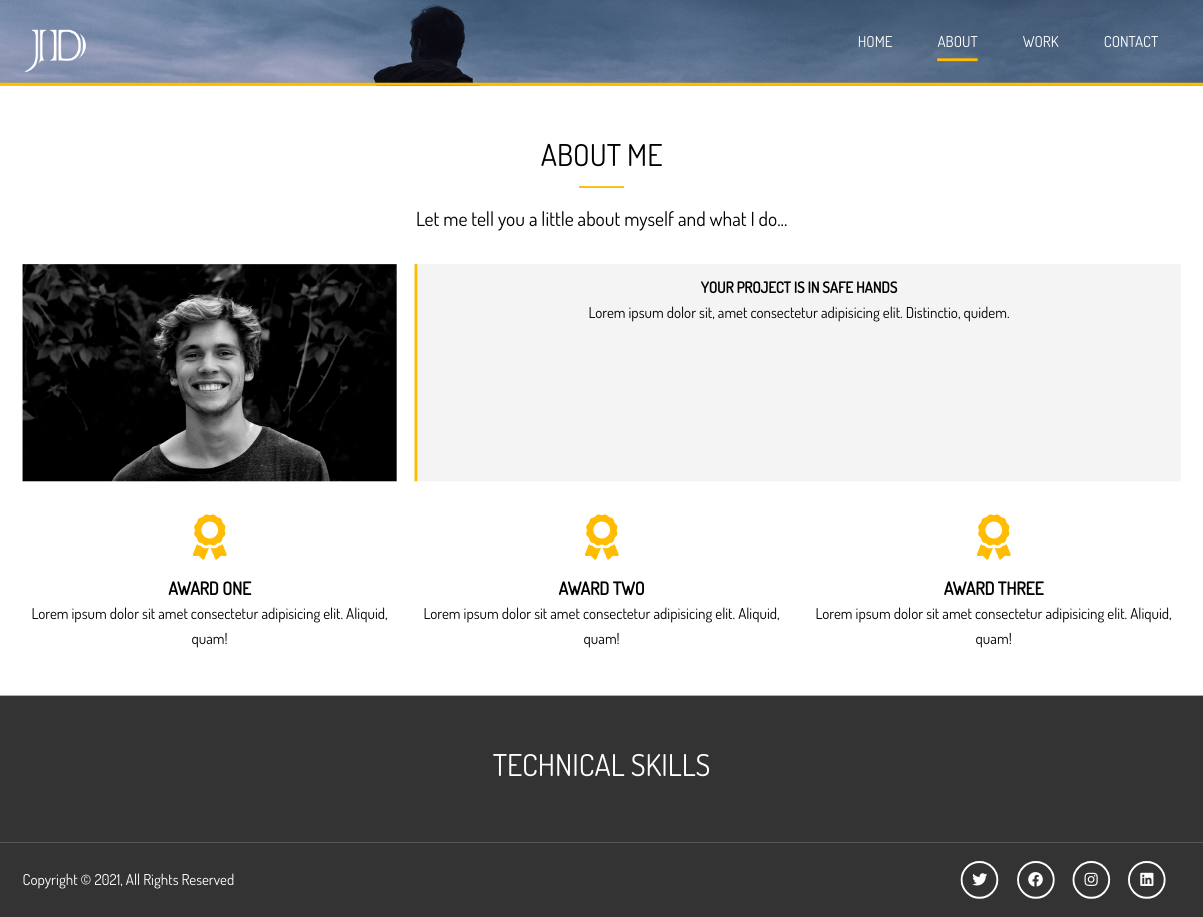
Repository: minhtien9/Portfolio_Website
Page: diet/about.html
The author's editor kept a copy of each file at every save. The page is drawn from the files as they stood at one save, then again after the next save.
The browser window is 1280 px wide. The pictures show the whole page, at 94% of full size.

Above is the page before, as saved 2021-08-29 11:52:09.

### diet/about.html
<!DOCTYPE html>
<html lang="en">
  <head>
    <meta charset="UTF-8" />
    <meta http-equiv="X-UA-Compatible" content="IE=edge" />
    <meta name="viewport" content="width=device-width, initial-scale=1.0" />
    <link
      rel="stylesheet"
      href="https://cdnjs.cloudflare.com/ajax/libs/font-awesome/5.15.4/css/all.min.css"
      integrity="sha512-1ycn6IcaQQ40/MKBW2W4Rhis/DbILU74C1vSrLJxCq57o941Ym01SwNsOMqvEBFlcgUa6xLiPY/NS5R+E6ztJQ=="
      crossorigin="anonymous"
      referrerpolicy="no-referrer"
    />
    <link
      href="https://fonts.googleapis.com/css2?family=Dosis&display=swap"
      rel="stylesheet"
    />
    <link rel="stylesheet" href="css/style.css" />
    <title>About Me || UI/UX Designer & Photographer</title>
  </head>
  <body>
    <!-- Header -->
    <header id="header-inner">
      <div class="container">
        <nav id="main-nav">
          <img src="img/logo.png" alt="My Portfolio" id="logo" />
          <ul>
            <li><a href="index.html">Home</a></li>
            <li><a href="about.html" class="current">About</a></li>
            <li><a href="work.html">Work</a></li>
            <li><a href="contact.html">Contact</a></li>
          </ul>
        </nav>
      </div>
    </header>
    <!-- Section A:Info -->
    <section id="about-a" class="text-center py-3">
      <div class="container">
        <h2 class="section-title">About Me</h2>
        <div class="bottom-line"></div>
        <p class="lead">
          Let me tell you a little about myself and what I do...
        </p>
        <div class="about-info">
          <img src="img/about.jpg" alt="" class="bio-image" />
          <div class="bio bg-light">
            <h4>Your Project Is In Safe Hands</h4>
            <p>
              Lorem ipsum dolor sit, amet consectetur adipisicing elit.
              Distinctio, quidem.
            </p>
          </div>
          <div class="award-1">
            <i class="fas fa-award fa-3x"></i>
            <h3>Award One</h3>
            <p>
              Lorem ipsum dolor sit amet consectetur adipisicing elit. Aliquid,
              quam!
            </p>
          </div>
          <div class="award-2">
            <i class="fas fa-award fa-3x"></i>
            <h3>Award Two</h3>
            <p>
              Lorem ipsum dolor sit amet consectetur adipisicing elit. Aliquid,
              quam!
            </p>
          </div>
          <div class="award-3">
            <i class="fas fa-award fa-3x"></i>
            <h3>Award Three</h3>
            <p>
              Lorem ipsum dolor sit amet consectetur adipisicing elit. Aliquid,
              quam!
            </p>
          </div>
        </div>
      </div>
    </section>

    <!-- Section B: Progress Bars -->
    <section id="about-b" class="bg-dark py-3">
      <div class="container">
        <h2 class="section-title">Technical Skills</h2>
      </div>
    </section>

    <!-- Footer -->
    <footer id="main-footer">
      <div class="footer-content container">
        <p>Copyright &copy; 2021, All Rights Reserved</p>
        <div class="social">
          <i class="fab fa-twitter"></i>
          <i class="fab fa-facebook"></i>
          <i class="fab fa-instagram"></i>
          <i class="fab fa-linkedin"></i>
        </div>
      </div>
    </footer>

    <!-- <script src="js/typewriter.js"></script> -->
  </body>
</html>

### diet/css/style.css
.container {
  max-width: 1280px;
  padding: 0 1.5rem;
  margin: auto;
  overflow: hidden;
}

.btn-dark, .btn-light, .btn-main {
  display: inline-block;
  padding: 0.8rem 2rem;
  transition: all 0.5s;
  border: none;
  cursor: pointer;
}

.btn-main {
  color: #333;
  background-color: #ffbc00;
}
.btn-light {
  color: #333;
  background-color: #f4f4f4;
}
.btn-dark {
  color: #f4f4f4;
  background-color: #333;
}

button[class^=btn-]:hover,
a[class^=btn-]:hover,
input[class^=btn-]:hover {
  background-color: #ffbc00;
}

.bg-main {
  background: #ffbc00;
  color: #fff;
}
.bg-dark {
  background: #333;
  color: #fff;
}
.bg-light {
  background: #f4f4f4;
  color: #000;
}
.bg-medium {
  background: #ccc;
  color: #000;
}

.lead {
  font-size: 1.3rem;
  margin-bottom: 2rem;
}

.text-center {
  text-align: center;
}

.py-1 {
  padding: 1rem 0;
}
.py-2 {
  padding: 2rem 0;
}
.py-3 {
  padding: 3rem 0;
}
.py-4 {
  padding: 4rem 0;
}

.ny-1 {
  margin: 1rem 0;
}
.ny-2 {
  margin: 2rem 0;
}
.ny-3 {
  margin: 3rem 0;
}
.ny-4 {
  margin: 4rem 0;
}

.section-title {
  font-size: 2rem;
  display: block;
  padding-bottom: 0.5rem;
  text-align: center;
  font-weight: 100;
  text-transform: uppercase;
}

.bottom-line {
  height: 2px;
  width: 3rem;
  background: #ffbc00;
  display: block;
  margin: 0 auto 1rem auto;
}

.items {
  display: grid;
  grid-template-columns: repeat(3, 1fr);
  box-shadow: 0 5px 10px 0 rgba(0, 0, 0, 0.3);
}

.item {
  position: relative;
  background: #ffbc00;
  overflow: hidden;
}
.item:after {
  content: "";
  position: absolute;
  display: block;
  background: inherit;
  opacity: 0.9;
  top: 0;
  left: 0;
  width: 100%;
  height: 100%;
  transform: scale(2) translateX(-75%) translateY(-75%) rotate(-28deg);
  transition: transform 3s cubic-bezier(0.2, 1, 0.3, 1);
}
.item:hover:after {
  transform: scale(2) translateX(0) translateY(0) rotate(-28deg);
}
.item:hover .item-image {
  transform: scale(1.2);
}
.item:hover .item-text {
  opacity: 1;
  transform: translateY(0);
}
.item-image {
  height: auto;
  transform: translateZ(0);
  display: block;
  transition: transform 750ms cubic-bezier(0.2, 1, 0.3, 1);
}
.item-image:before {
  content: "";
  display: block;
  padding-top: 75%;
  overflow: hidden;
}
.item-image img {
  position: absolute;
  top: 0;
  left: 0;
  width: 100%;
  height: auto;
  line-height: 0;
}
.item-text {
  position: absolute;
  top: 0;
  left: 0;
  bottom: 0;
  right: 0;
  opacity: 0;
  text-align: center;
  z-index: 1;
  color: #fff;
  transform: translateY(-20%);
  transition: opacity 500ms cubic-bezier(0.2, 1, 0.3, 1), transform 500ms cubic-bezier(0.2, 1, 0.3, 1);
  transition-delay: 300ms;
}
.item-text-wrap {
  position: absolute;
  width: 100%;
  top: 50%;
  transform: translateY(-50%);
}
.item-text-title {
  font-size: 2rem;
  padding: 0 1rem;
  margin: 5px 0 0 0;
}
.item-text-category {
  text-transform: uppercase;
  font-size: 1.2rem;
  opacity: 0.7;
  margin: 0;
}

* {
  margin: 0;
  padding: 0;
}

body {
  font-family: "Dosis", sans-serif;
  line-height: 1.6;
  background: #fff;
}

a {
  text-decoration: none;
  color: #333;
}

ul {
  list-style: none;
}

h2,
h3,
h4 {
  text-transform: uppercase;
}

img {
  width: 100%;
}

#logo {
  width: 70px;
  height: 70px;
  color: #fff;
  text-transform: uppercase;
}

#main-nav {
  display: flex;
  justify-content: space-between;
  padding-top: 1rem;
}
#main-nav ul {
  display: flex;
}
#main-nav li {
  padding: 1rem 1.5rem;
}
#main-nav a {
  text-decoration: none;
  color: #fff;
  text-transform: uppercase;
  border-bottom: 3px transparent solid;
  padding-bottom: 0.5rem;
  transition: border-color 0.5s;
}
#main-nav a:hover {
  border-color: #ccc;
}
#main-nav a.current {
  border-color: #ffbc00;
}

#header-home {
  background: url("../img/showcase.jpg") no-repeat center right/cover;
  height: 100vh;
  color: #fff;
}
#header-home .header-content {
  text-align: center;
  padding-top: 20%;
}
#header-home .header-content h1 {
  font-size: 4rem;
  line-height: 1.2;
}
#header-inner {
  background: url("../img/showcase.jpg") no-repeat 20% 30%/cover;
  height: 5.5rem;
  border-bottom: 3px solid #ffbc00;
}

#home-a .specials {
  margin-top: 3rem;
  display: grid;
  grid-gap: 1rem;
  grid-template-columns: repeat(4, 1fr);
}
#home-a .specials .fas {
  color: #ffbc00;
  padding-bottom: 0.4rem;
}
#home-b .stats {
  display: grid;
  grid-template-columns: repeat(4, 1fr);
}
#home-b .stats li {
  line-height: 2;
}
#home-b .stats li.stats-title {
  font-size: 1.5rem;
}
#home-b .stats li.stats-number {
  font-size: 2rem;
  font-weight: bold;
}
#home-b .stats div {
  padding: 3rem 0;
}
#home-b .stats div:nth-child(odd) {
  background: #f4f4f4;
}
#home-b .stats div:nth-child(even) {
  background: #ccc;
}
#home-c .process {
  display: grid;
  grid-template-columns: repeat(4, 1fr);
  grid-gap: 1.5rem;
  text-align: center;
}
#home-c .process-step {
  position: absolute;
  top: 0;
  right: 0;
  font-size: 28px;
  background: #ffbc00;
  color: #fff;
  border-radius: 50%;
  height: 15px;
  width: 15px;
  line-height: 15px;
  padding: 1rem;
  transition: all 1s;
}
#home-c .process-icon {
  border-radius: 50%;
  background: #333;
  color: #fff;
  padding: 2rem;
  width: 70px;
  height: 70px;
  line-height: 70px;
  text-align: center;
  position: relative;
  transition: all 1s;
}
#home-c .process-icon:hover {
  background: #ffbc00;
  width: 90px;
  height: 90px;
  line-height: 90px;
}
#home-c .process-icon:hover .process-step {
  background: #333;
  color: #fff;
}

#about-a .about-info {
  display: grid;
  grid-template-areas: "bioimage bio bio" "aw1 aw2 aw3";
  grid-gap: 1.2rem;
}
#about-a .bio-image {
  grid-area: bioimage;
}
#about-a .bio {
  grid-area: bio;
  border-left: 3px solid #ffbc00;
  padding: 0.8rem;
}
#about-a .award-1 {
  grid-area: aw1;
}
#about-a .award-2 {
  grid-area: aw2;
}
#about-a .award-3 {
  grid-area: aw3;
}
#about-a .award-1 .fas,
#about-a .award-2 .fas,
#about-a .award-3 .fas {
  color: #ffbc00;
  margin: 1rem;
}
#about-b .progress {
  overflow: hidden;
  height: 20px;
  background: #ccc;
  border-radius: 5px;
  margin-bottom: 0.6rem;
}
#about-b .progress div {
  height: 100%;
  color: #fff;
  text-align: center;
  background: #ffbc00;
}
#about-c .about-logos {
  display: grid;
  grid-template-columns: repeat(4, 1fr);
  grid-gap: 2rem;
}
#about-c .about-logos img {
  width: 70%;
}
#about-d .testimonials {
  display: grid;
  grid-template-columns: repeat(4, 1fr);
  grid-gap: 0.5rem;
}
#about-d .testimonials ul {
  list-style: none;
  margin-top: 1rem;
  display: flex;
  align-items: center;
}
#about-d .testimonials p {
  border: 1px solid #ccc;
  border-radius: 5px;
  padding: 0.5rem;
}
#about-d .testimonials img {
  width: 50px;
  height: 50px;
  border-radius: 50%;
  margin-right: 0.5rem;
}

#contact-a .text-fields {
  display: grid;
  grid-template-areas: "name email" "subject phone" "message message";
  grid-gap: 1.2rem;
  margin-bottom: 1.2rem;
}
#contact-a .text-fields .name-input {
  grid-area: name;
}
#contact-a .text-fields .subject-input {
  grid-area: subject;
}
#contact-a .text-fields .email-input {
  grid-area: email;
}
#contact-a .text-fields .phone-input {
  grid-area: phone;
}
#contact-a .text-fields .message-input {
  grid-area: message;
  height: 100px;
}
#contact-a .text-fields .text-input {
  padding: 0.5rem 1rem;
}
#contact-a button[type=submit] {
  width: 50%;
}
#contact-b .contact-info {
  display: grid;
  grid-template-columns: repeat(3, 1fr);
  text-align: center;
}
#contact-c h1 {
  text-align: center;
  font-size: 4rem;
}

#main-footer {
  background: #333;
  color: #fff;
  height: 5rem;
}
#main-footer .footer-content {
  display: flex;
  justify-content: space-between;
  height: 5rem;
  align-items: center;
}
#main-footer .footer-content .social .fab {
  margin-right: 1rem;
  border: 2px solid #fff;
  border-radius: 50%;
  height: 20px;
  width: 20px;
  line-height: 20px;
  text-align: center;
  padding: 0.5rem;
}
#main-footer .footer-content .social .fab:hover {
  background: #ffbc00;
  cursor: pointer;
}

@media (max-width: 800px) {
  #header-home {
    height: 30rem;
  }
  #header-home .header-content {
    padding-top: 5rem;
  }
}
@media (max-width: 500px) {
  #main-nav {
    flex-direction: column;
    align-items: center;
  }
  #main-nav li {
    padding: 1rem;
  }

  #header-home {
    height: 10rem;
    border-bottom: 3px solid #ffbc00;
    background-position: 20% 30%;
  }
  #header-home .header-content {
    display: none;
  }
  #header-inner {
    height: 10rem;
  }

  #home-a .specials,
#home-b .stats,
#home-c .process,
#about-d .testimonials,
#contact-b .contact-info,
.items {
    grid-template-columns: 1fr;
  }

  #home-a .specials div {
    border-bottom: 1px #f4f4f4 solid;
    padding-bottom: 1rem;
  }
  #home-a .specials div:last-child {
    border: none;
    padding-bottom: 0;
  }
  #home-b .stats div {
    padding: 2rem 0 1rem 0;
  }

  #about-a .about-info {
    grid-template-areas: "bioimage" "bio" "aw1" "aw2" "aw3";
  }
  #about-c {
    display: none;
  }

  #contact-a .text-fields {
    grid-template-areas: "name" "subject" "email" "phone" "message";
  }
  #contact-b div {
    margin-bottom: 1rem;
    padding-bottom: 1rem;
    border-bottom: 1px solid #555;
  }
  #contact-b div:last-child {
    border: none;
    margin-bottom: 0;
    padding-bottom: 0;
  }
  #contact-c h1 {
    font-size: 2rem;
  }

  #main-footer {
    height: 7rem;
  }
  #main-footer .footer-content {
    flex-direction: column;
    padding: 1rem;
    height: 5rem;
  }
}
@media (max-height: 580px) {
  #header-home .header-content {
    padding-top: 3rem;
  }
}
@media (max-height: 330px) {
  #header-home .header-content h1 {
    font-size: 2rem;
  }
}

/*# sourceMappingURL=style.css.map */

After the next save:
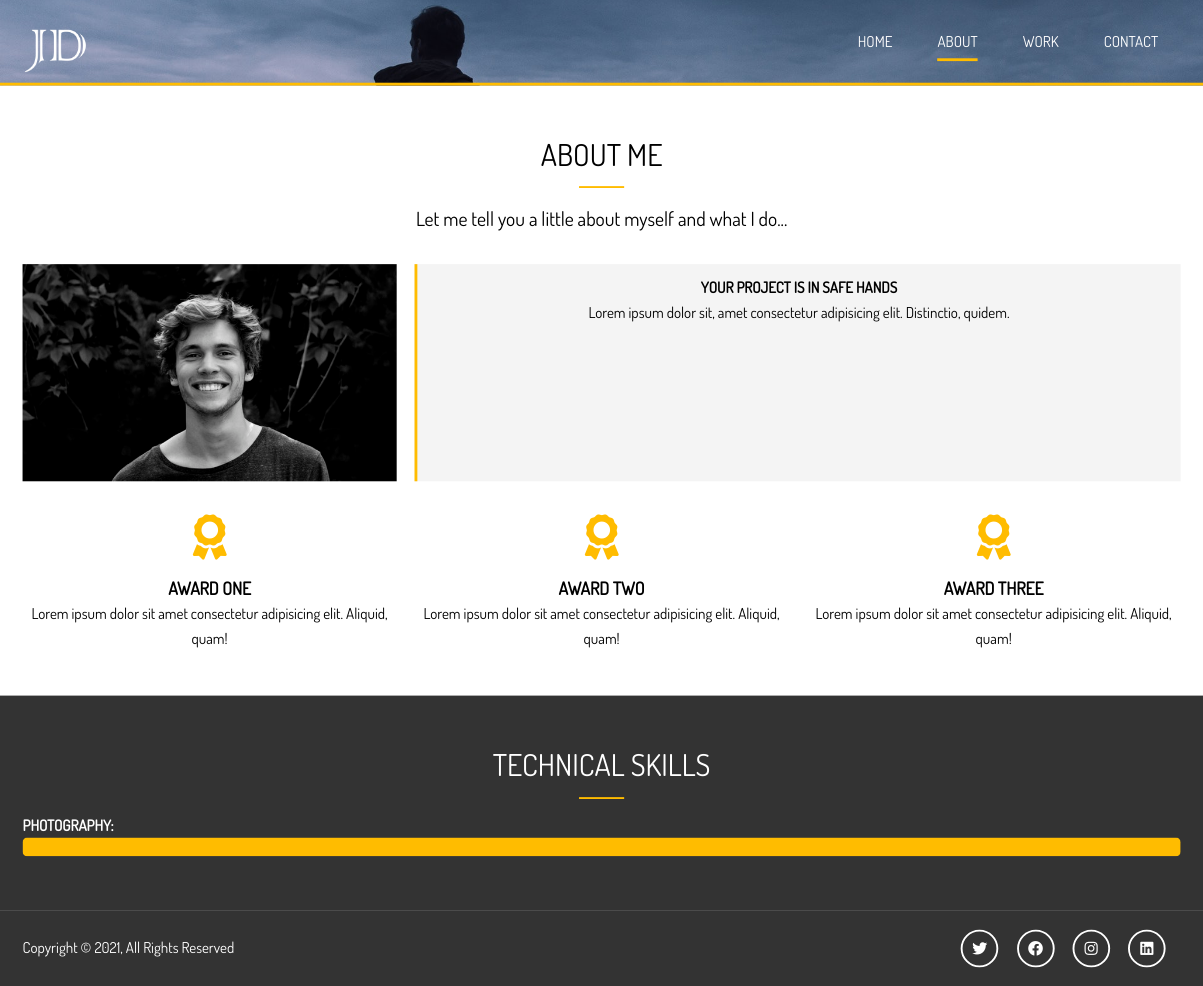
Saved 68 s later.
--- a/diet/about.html
+++ b/diet/about.html
@@ -82,6 +82,11 @@
     <section id="about-b" class="bg-dark py-3">
       <div class="container">
         <h2 class="section-title">Technical Skills</h2>
+        <div class="bottom-line"></div>
+        <h4>Photography:</h4>
+        <div class="progress">
+          <div style="width: 100%"></div>
+        </div>
       </div>
     </section>
 
